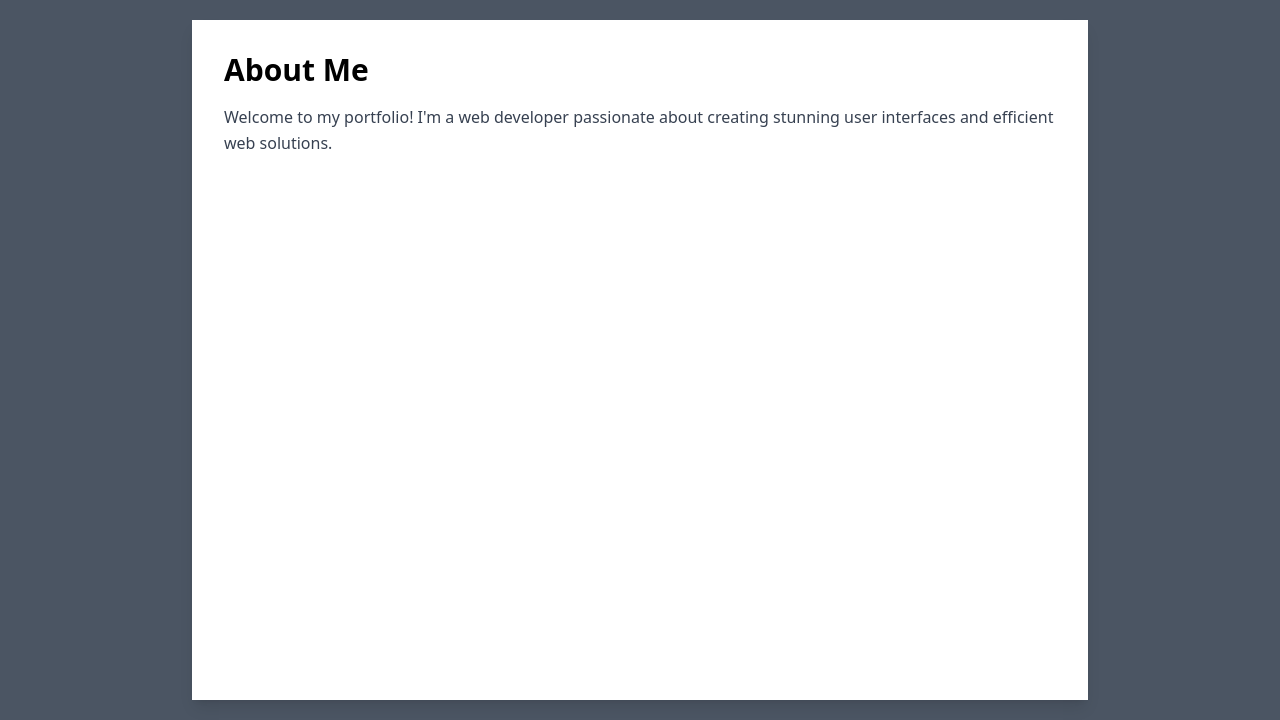
Repository: NikuMoradi/niku-moradi
Page: /
These files come from the project's save history. The page is drawn as it stood at one moment and after the next save; the edit follows.
The browser window is 1280 px wide. The pictures show the whole page.
The project was rebuilt for these pictures with package versions that can differ from the ones it lists, and the page was loaded fresh each time. The framework's server and built-in components were replaced by stand-ins that run in the browser. Also part of the build but not shown: nuxt.config.ts, components/Blog Posts/Component-Design.vue, components/Blog.vue, components/Contact.vue, components/Education.vue, components/Experience.vue, components/Hero.vue, components/LeftPanel.vue and 4 more.

Above is the page before, as saved 2024-11-29 09:07:27.

### assets/css/main.css
@tailwind base;
@tailwind components;
@tailwind utilities;

body {
  /* From https://css.glass */
  background: #ffffff;
}

@layer utilities {
  .panel-bg {
    background-color: blanchedalmond;
  }
}

### layouts/default.vue
<template>
  <div class="flex justify-center items-center min-h-screen bg-gray-600 px-4">
    <!-- Fixed Width Centered Card -->
    <div
      class="bg-white shadow-lg w-full max-w-4xl overflow-hidden"
      style="height: calc(100vh - 40px)"
    >
      <!-- Scrollable Content -->
      <div class="overflow-y-auto h-full">
        <NuxtPage />
      </div>
    </div>
  </div>
</template>

<style>
/* Add any custom global styles here */
body {
  background: linear-gradient(to bottom, #f0f0f0, #d0d0d0);
}
</style>

### app.vue
<!-- The app.vue is just holding the layout container and serving as the root.
 The default.vue layout handles the overall structure of the page.
All content from your pages will automatically be placed inside the NuxtPage slot of the layout.-->
<template>
  <NuxtLayout />
</template>

### pages/index.vue
<template>
  <div class="p-8">
    <h1 class="text-3xl font-bold mb-4">About Me</h1>
    <p class="text-gray-700 leading-relaxed">
      Welcome to my portfolio! I'm a web developer passionate about creating
      stunning user interfaces and efficient web solutions.
    </p>
  </div>
</template>

Loaded but not shown: tailwind.config.js (common file); plugins/aos.client.js (no copy from this time; the picture is the same without it)

After the next save:
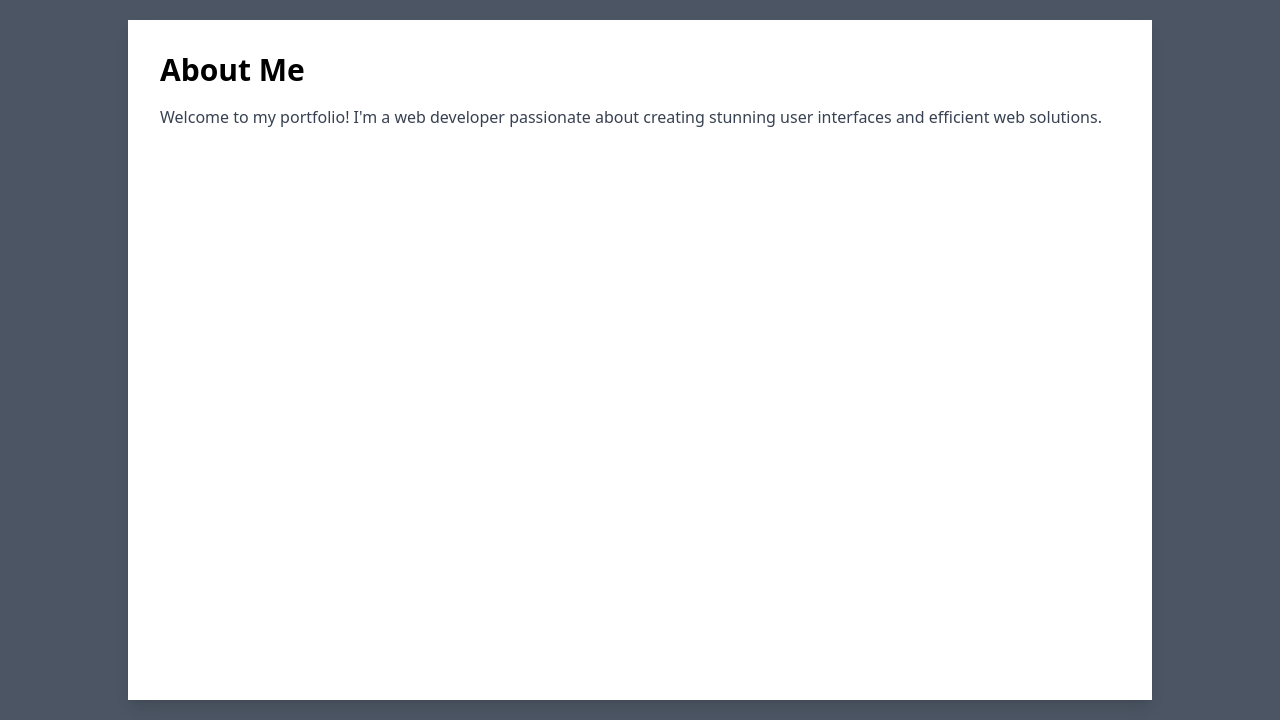
Saved 41 s later.
--- a/layouts/default.vue
+++ b/layouts/default.vue
@@ -2,7 +2,7 @@
   <div class="flex justify-center items-center min-h-screen bg-gray-600 px-4">
     <!-- Fixed Width Centered Card -->
     <div
-      class="bg-white shadow-lg w-full max-w-4xl overflow-hidden"
+      class="bg-white shadow-lg w-full max-w-5xl overflow-hidden"
       style="height: calc(100vh - 40px)"
     >
       <!-- Scrollable Content -->
